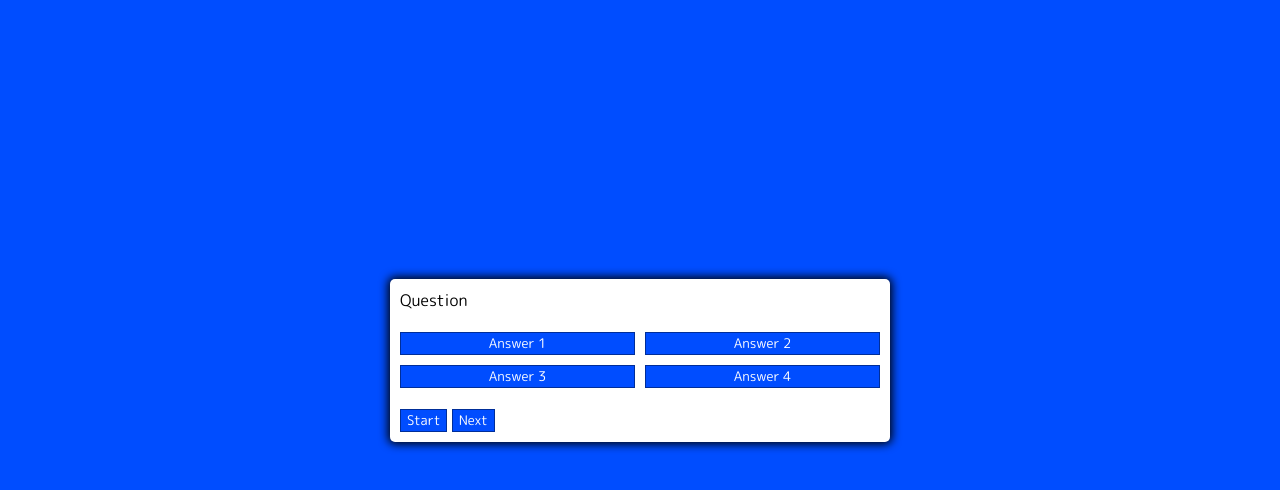
Repository: spidero7/Star-Wars_Quiz-Game
Page: index.html
The author's editor kept a copy of each file at every save. The page is drawn from the files as they stood at one save, then again after the next save.
The browser window is 1280 px wide. The pictures show the whole page.

Above is the page before, as saved 2021-08-29 08:05:42.

### index.html
<!DOCTYPE html>
<html lang="en">
<head>
    <meta charset="UTF-8">
    <meta http-equiv="X-UA-Compatible" content="IE=edge">
    <meta name="viewport" content="width=device-width, initial-scale=1.0">
    <title>Quiz Game</title>
    <link rel="preconnect" href="https://fonts.googleapis.com">
    <link rel="preconnect" href="https://fonts.gstatic.com" crossorigin>
    <link href="https://fonts.googleapis.com/css2?family=M+PLUS+Rounded+1c&display=swap" rel="stylesheet">
    <link rel="stylesheet" href="style.css">
</head>
<body>

    <div class="container">
        <div id="question-container">
            <div id="question">Question</div>
            <div id="answer-buttons" class="btn-grid">
                <button class="btn">Answer 1</button>
                <button class="btn">Answer 2</button>
                <button class="btn">Answer 3</button>
                <button class="btn">Answer 4</button>
            </div>
        </div>
        <div id="control-panel">
            <button class="btn" id="start-btn">Start</button>
            <button class="btn" id="next-btn">Next</button>
        </div>
    </div>


    <script src="app.js"></script>
</body>
</html>

### style.css
*, *::after, *::before {
    box-sizing: border-box;
    font-family: 'M PLUS Rounded 1c', sans-serif;
}

:root {
    --hue-normal: 222;
    --hue-correct: 120;
    --hue-wrong: 0;
}

body {
    --hue: var(--hue-normal);
    padding: 0;
    margin: 0;
    display: flex;
    width: 100vw;
    height: 100vh;
    justify-content: center;
    align-items: center;
    background-color: hsl(var(--hue), 100%, 50%);
}

body.correct {
    --hue: var(--hue-correct);
}

body.wrong {
    --hue: var(--hue-wrong);
}

.container {
    width: 500px;
    max-width: 80%;
    background-color: white;
    border-radius: 5px;
    padding: 10px;
    box-shadow: 0 0 10px 2px;
}

.btn-grid {
    display: grid;
    grid-template-columns: repeat(2, auto);
    gap: 10px;
    margin: 20px 0;
}

.btn {
    --hue: var(--hue-normal);
    background-color: hsl(var(--hue), 100%, 50%);
    border: 1px solid hsl(var(--hue), 100%, 30%);
    color: white;
}

Loaded but not shown: app.js (no copy from this time; the picture is the same without it)

After the next save:
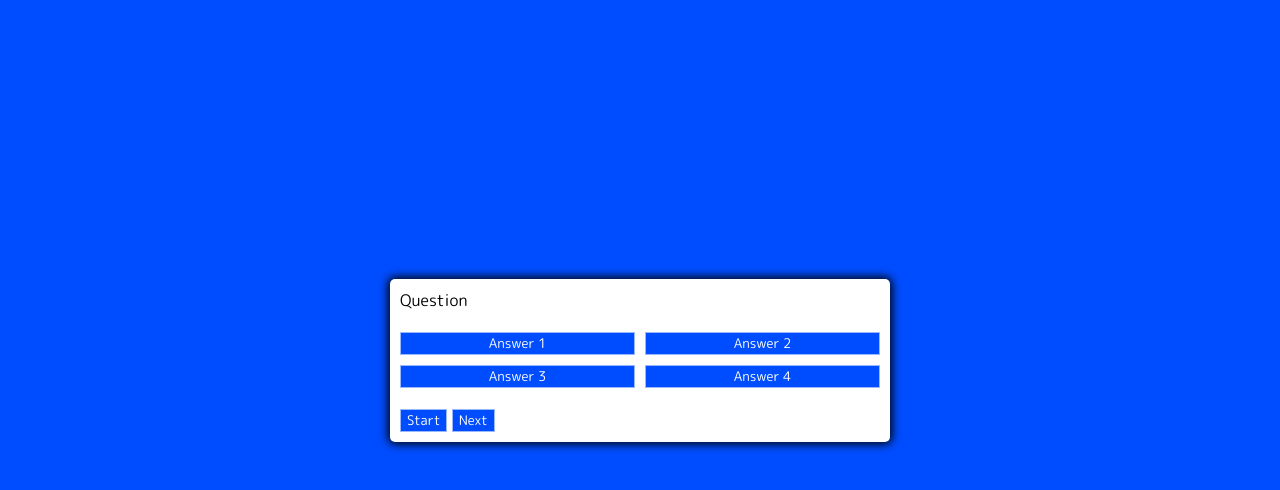
Saved 20 s later.
--- a/style.css
+++ b/style.css
@@ -48,6 +48,6 @@ body.wrong {
 .btn {
     --hue: var(--hue-normal);
     background-color: hsl(var(--hue), 100%, 50%);
-    border: 1px solid hsl(var(--hue), 100%, 30%);
+    border: 1px solid hsl(var(--hue), 100%, 80%);
     color: white;
 }
